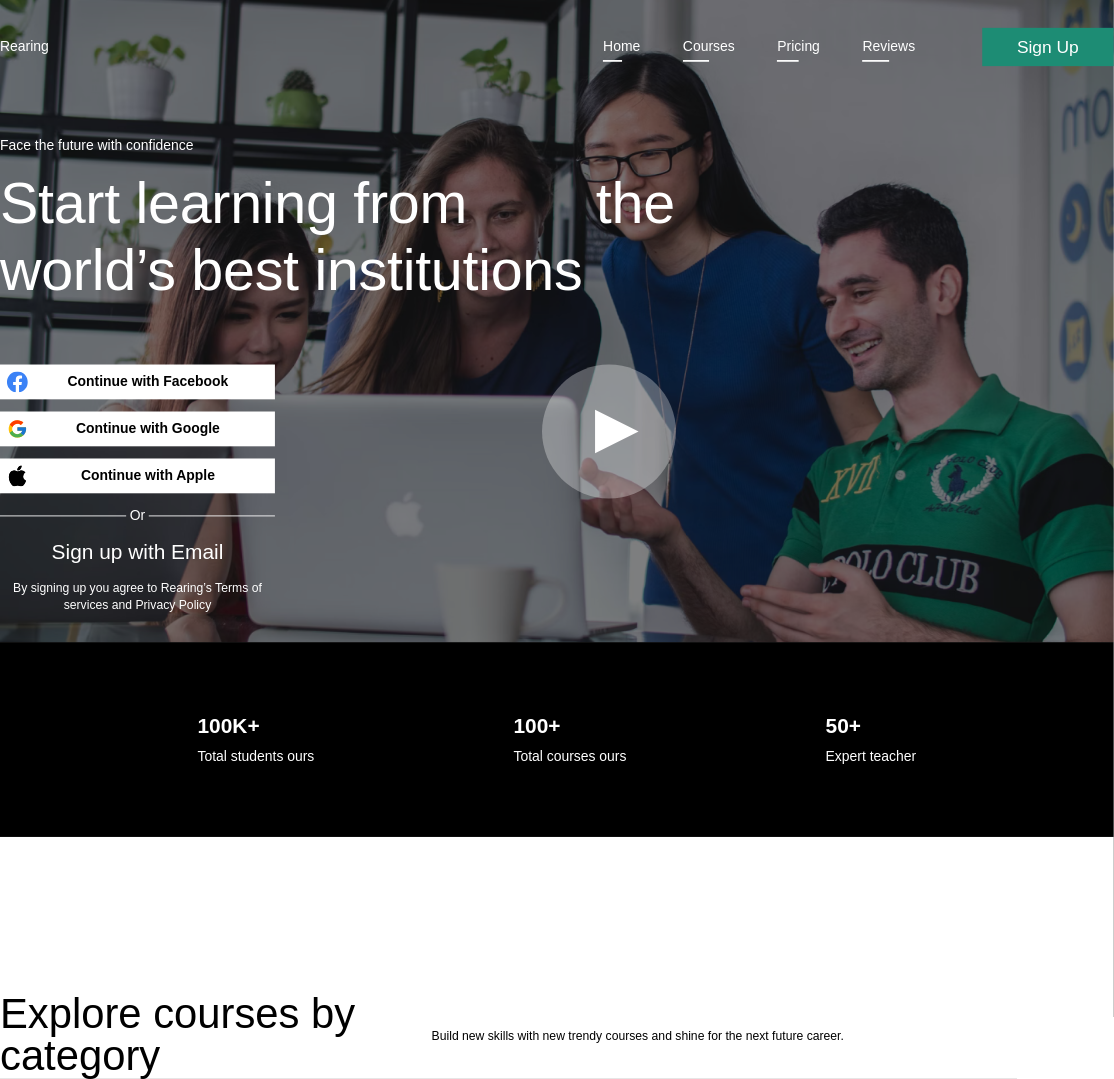
Repository: vandangnhathung/educationplatform
Page: /
These files come from the project's save history. The page is drawn as it stood at one moment and after the next save; the edit follows.
The browser window is 1280 px wide. The pictures show the whole page, at 87% of full size.
The project was rebuilt for these pictures with package versions that can differ from the ones it lists, and the page was loaded fresh each time.

Above is the page before, as saved 2022-06-21 09:03:59.

### src/index.js
import React from "react";
import ReactDOM from "react-dom/client";
import App from "./App";
import reportWebVitals from "./reportWebVitals";
import "./index.css";
const root = ReactDOM.createRoot(document.getElementById("root"));
root.render(
  <React.StrictMode>
    <App />
  </React.StrictMode>
);

// If you want to start measuring performance in your app, pass a function
// to log results (for example: reportWebVitals(console.log))
// or send to an analytics endpoint. Learn more: https://bit.ly/CRA-vitals
reportWebVitals();

### src/App.js
import Category from "./components/category/Category";
import Content from "./components/content/Content";
import HeaderLayout from "./components/header/HeaderLayout";
function App() {
  return (
    <>
      <HeaderLayout></HeaderLayout>
      <Content></Content>
    </>
  );
}

export default App;

### src/index.css
@tailwind base;
@tailwind components;
@tailwind utilities;
@import url("https://fonts.googleapis.com/css2?family=Urbanist:wght@100;200;300;400;500;600;700;800&display=swap");
*,
*::before,
*::after {
  box-sizing: border-box;
}
* {
  margin: 0;
  padding: 0;
}

html,
body {
  height: 100%;
}
body {
  line-height: 1.5;
  font-family: "Urbanist", sans-serif;
}

img,
picture,
video,
canvas,
svg {
  display: block;
  max-width: 100%;
}
input,
button,
textarea,
select {
  font: inherit;
  outline: none;
}
p,
h1,
h2,
h3,
h4,
h5,
h6 {
  overflow-wrap: break-word;
}

.container {
  max-width: 1280px;
  margin: 0 auto;
  width: 100%;
}

.active {
  position: relative;
}

.active::before {
  content: "";
  display: block;
  position: absolute;
  bottom: -5px;
  width: 50%;
  padding: 1px;
  left: 0;
  background-color: #fff;
}

### src/components/category/Category.js
import React from "react";

const Category = () => {
  return (
    <div className="container pt-[180px]">
      <div className="flex flex-col gap-x-[55px]">
        <div className="flex items-center justify-between max-w-[970px]">
          <h2 className="text-5xl font-medium max-w-[468px]">
            Explore courses by category
          </h2>
          <p className="text-sm font-light">
            Build new skills with new trendy courses and shine for the next
            future career.
          </p>
        </div>
      </div>
    </div>
  );
};

export default Category;

### src/components/content/Content.js
import React from "react";
import Category from "../category/Category";

const Content = () => {
  return (
    <div>
      <Category></Category>
    </div>
  );
};

export default Content;

### src/components/header/HeaderLayout.js
import React from "react";
import Header from "./Header";
import HeaderStatistic from "./HeaderStatistic";

const HeaderLayout = () => {
  return (
    <div>
      <Header></Header>
      <HeaderStatistic></HeaderStatistic>
    </div>
  );
};

export default HeaderLayout;

### src/components/header/Header.js
import React, { useEffect } from "react";
import headerImg from "../../images/Images.png";
import SignInSocial from "../button/SignInSocial";
import { FcGoogle } from "react-icons/fc";
import { BsApple } from "react-icons/bs";
import styled from "styled-components";

const HeaderStyles = styled.header`
  .text-or {
    color: white;
    position: relative;
    &:before {
      content: "";
      height: 1px;
      width: calc(50% - 13px);
      background-color: white;
      position: absolute;
      top: 50%;
      transform: translateY(-50%);
      right: 0;
    }
    &:after {
      content: "";
      height: 1px;
      width: calc(50% - 13px);
      background-color: white;
      position: absolute;
      top: 50%;
      transform: translateY(-50%);
      left: 0;
    }
  }
`;
const Header = () => {
  const headerNav = [
    {
      id: 1,
      title: "Home",
    },
    {
      id: 2,
      title: "Courses",
    },
    {
      id: 3,
      title: "Pricing",
    },
    {
      id: 4,
      title: "Reviews",
    },
  ];
  return (
    <HeaderStyles>
      <div className="relative">
        <img src={headerImg} alt="header_img" className="w-full" />
        <div className="absolute inset-0 bg-black opacity-50"></div>
        <div class="absolute top-0  left-0 right-0 ">
          <div class="container">
            <div className="pt-8 mb-[79px] header-top text-white flex items-center justify-between">
              <h1 className="">Rearing</h1>
              <div className="flex items-center">
                <nav className="mr-[77px]">
                  <ul className="flex items-center  gap-x-[49px] ">
                    {headerNav.map((item) => (
                      <li className="active cursor-pointer" key={item.id}>
                        {item.title}
                      </li>
                    ))}
                  </ul>
                </nav>
                <button className="py-2 px-10 bg-[#1D8C74] text-white text-xl ">
                  Sign Up
                </button>
              </div>
            </div>

            <div className="slogan text-white mb-[70px]">
              <h3 className="text-base mb-4">
                Face the future with confidence
              </h3>
              <h1 className="desc max-w-[777px] text-[66px] leading-[77px] w-full tracking-[-0.02rem] font-medium">
                Start learning from{" "}
                <span className="inline-block mr-28 "></span>{" "}
                <p className="inline-block">the</p> world’s best institutions
              </h1>
            </div>

            <div class="flex items-start">
              <div className="signup max-w-[316px] text-center mr-[307px]">
                <SignInSocial name="Facebook"></SignInSocial>
                <SignInSocial
                  name="Google"
                  icon={<FcGoogle></FcGoogle>}
                ></SignInSocial>
                <SignInSocial
                  name="Apple"
                  icon={<BsApple style={{ color: "#000" }}></BsApple>}
                ></SignInSocial>
                <p className="text-or mb-[14px] ">Or</p>
                <div class="text-center text-white flex flex-col gap-y-[14px]">
                  <p className="text-2xl">Sign up with Email</p>
                  <p className="text-sm">
                    By signing up you agree to Rearing’s Terms of services and
                    Privacy Policy{" "}
                  </p>
                </div>
              </div>
              <div className="play cursor-pointer">
                <div className="w-[154px] h-[154px] rounded-full bg-[#fff]/[0.3] hover:bg-[#ccc]/[1] transition-all duration-400 ease-linear relative">
                  <div className="play absolute w-[50px] h-[50px] border-[25px] border-x-0 border-transparent border-l-white border-l-[50px] top-1/2 -translate-y-1/2 left-1/2 -translate-x-[32%] hover:rotate-[360deg]  transition-all duration-500"></div>
                </div>
              </div>
            </div>
          </div>
        </div>
      </div>
    </HeaderStyles>
  );
};

export default Header;

### src/components/header/HeaderStatistic.js
import React from "react";

const HeaderStatistic = () => {
  return (
    <div className="header-statistic bg-[#000] p-20">
      <div className="max-w-[826px] mx-auto flex items-center justify-between text-white">
        <div className="header-statistic__info flex flex-col gap-y-2">
          <span className="inline-block text-2xl font-bold">100K+</span>
          <p className="text-base">Total students ours</p>
        </div>
        <div className="header-statistic__info flex flex-col gap-y-2">
          <span className="inline-block text-2xl font-bold">100+</span>
          <p className="text-base">Total courses ours</p>
        </div>
        <div className="header-statistic__info flex flex-col gap-y-2">
          <span className="inline-block text-2xl font-bold">50+</span>
          <p className="text-base">Expert teacher</p>
        </div>
      </div>
    </div>
  );
};

export default HeaderStatistic;

### src/components/button/SignInSocial.js
import React from "react";
import styled from "styled-components";
import { BsFacebook } from "react-icons/bs";

const SignInSocialStyles = styled.div`
  display: flex;
  align-items: center;
  padding: 8px;
  background-color: #fff;
  max-width: 316px;
  width: 100%;
  font-size: 16px;
  font-weight: 600;
  cursor: pointer;
  margin-bottom: 14px;
`;
const SignInSocial = ({ name = "", icon = <BsFacebook></BsFacebook> }) => {
  return (
    <SignInSocialStyles>
      <span className="inline-block text-blue-500 text-2xl">{icon}</span>
      <p className="m-auto">Continue with {name}</p>
    </SignInSocialStyles>
  );
};

export default SignInSocial;

Loaded but not shown: public/index.html (common file); src/reportWebVitals.js (common file); tailwind.config.js (common file)

After the next save:
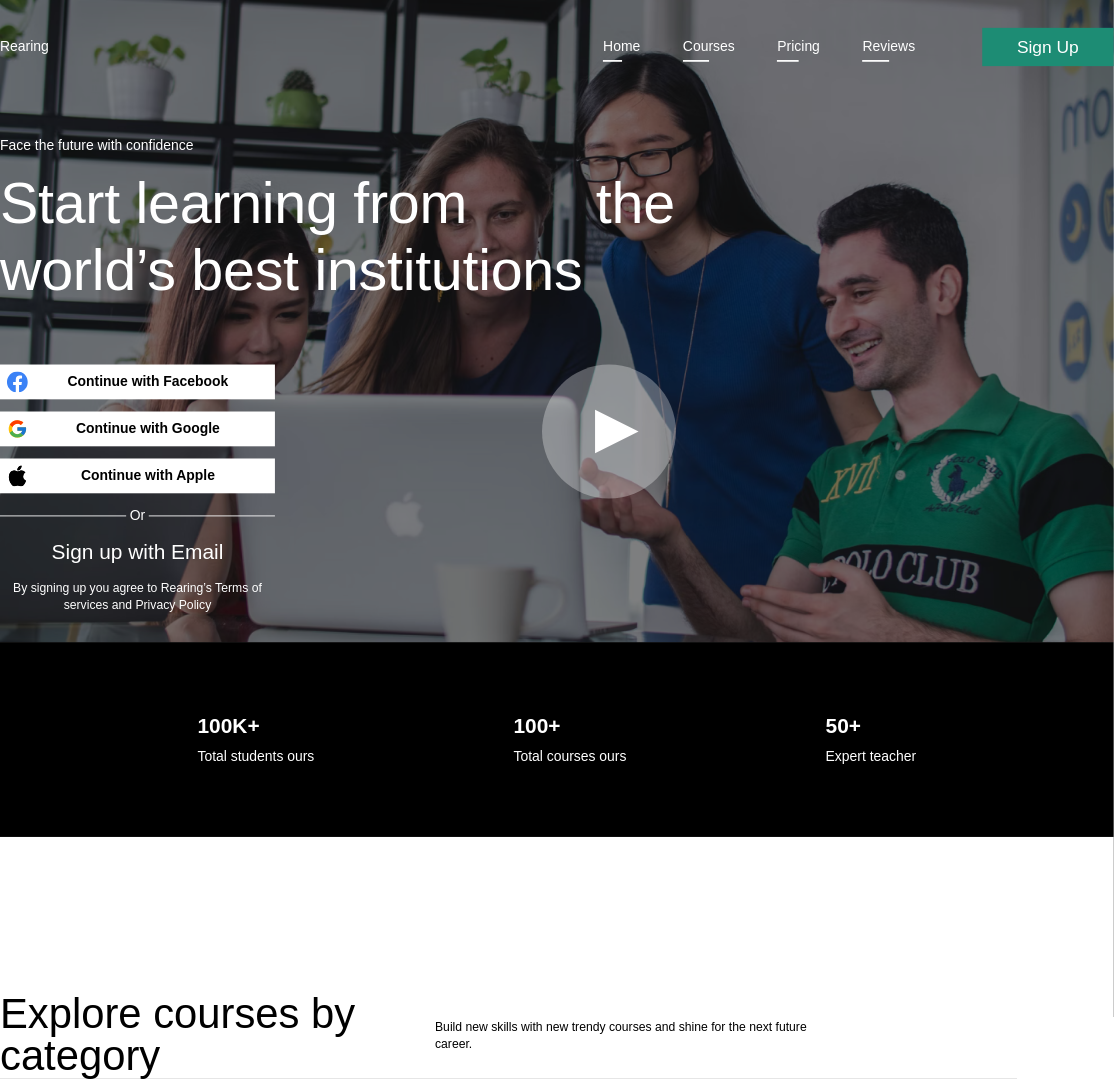
Saved 15 s later.
--- a/src/components/category/Category.js
+++ b/src/components/category/Category.js
@@ -8,7 +8,7 @@ const Category = () => {
           <h2 className="text-5xl font-medium max-w-[468px]">
             Explore courses by category
           </h2>
-          <p className="text-sm font-light">
+          <p className="text-sm font-light max-w-[470px]">
             Build new skills with new trendy courses and shine for the next
             future career.
           </p>
